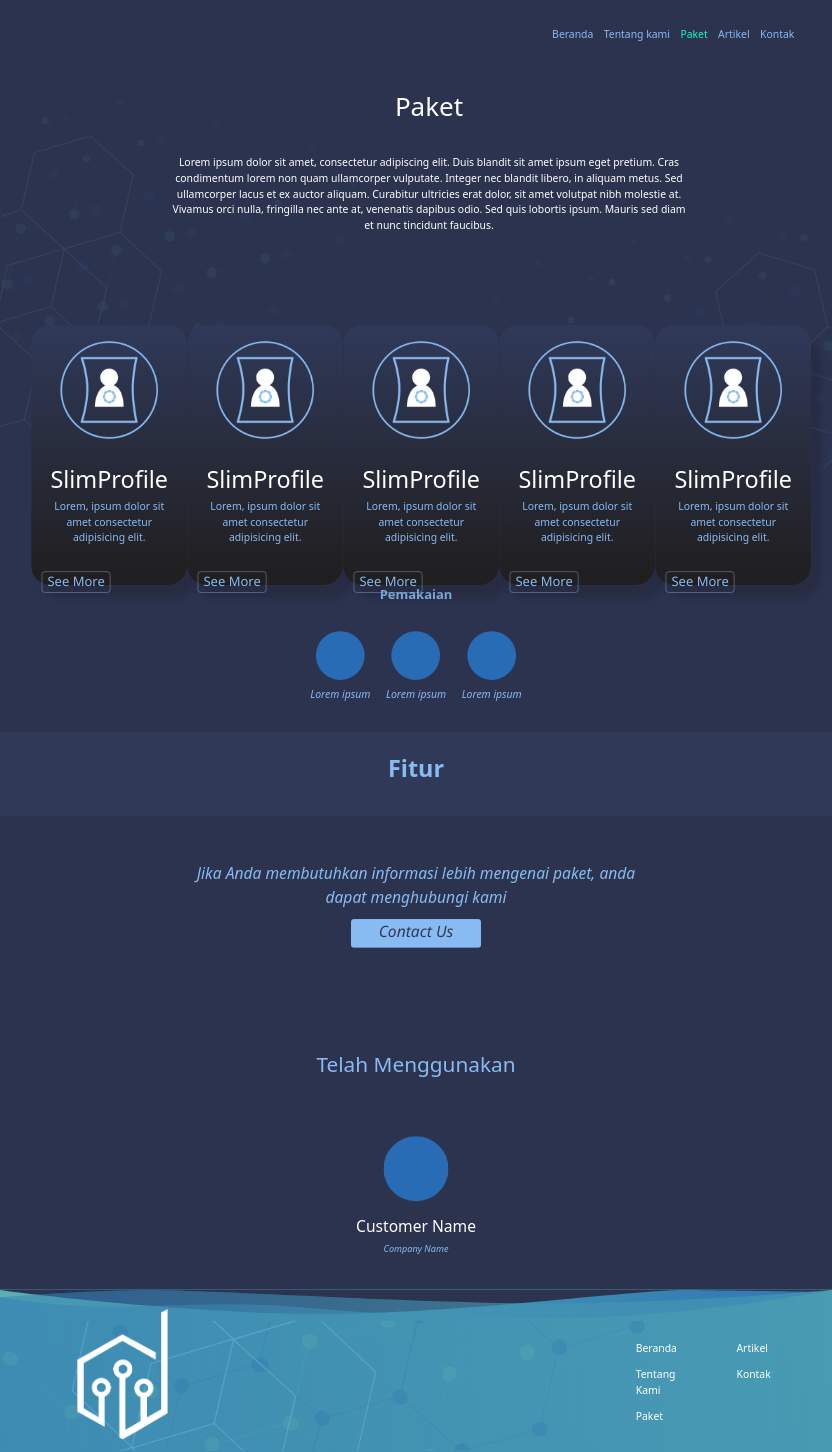
Repository: alfathard/dniztechno
Page: resources/views/productfront/show.blade.php
These files come from the project's save history. The page is drawn as it stood at one moment and after the next save; the edit follows.
The browser window is 1280 px wide. The pictures show the whole page, at 65% of full size.
Some web libraries are served in a nearby version. The page is served by the project's Laravel application, run on PHP 8.4 with Laravel 8. The template is opened directly, without the code that normally fills it, so the values that code supplies are empty.

Above is the page before, as saved 2025-03-22 08:52:26.
Console error: ReferenceError: $ is not defined

After the next save:
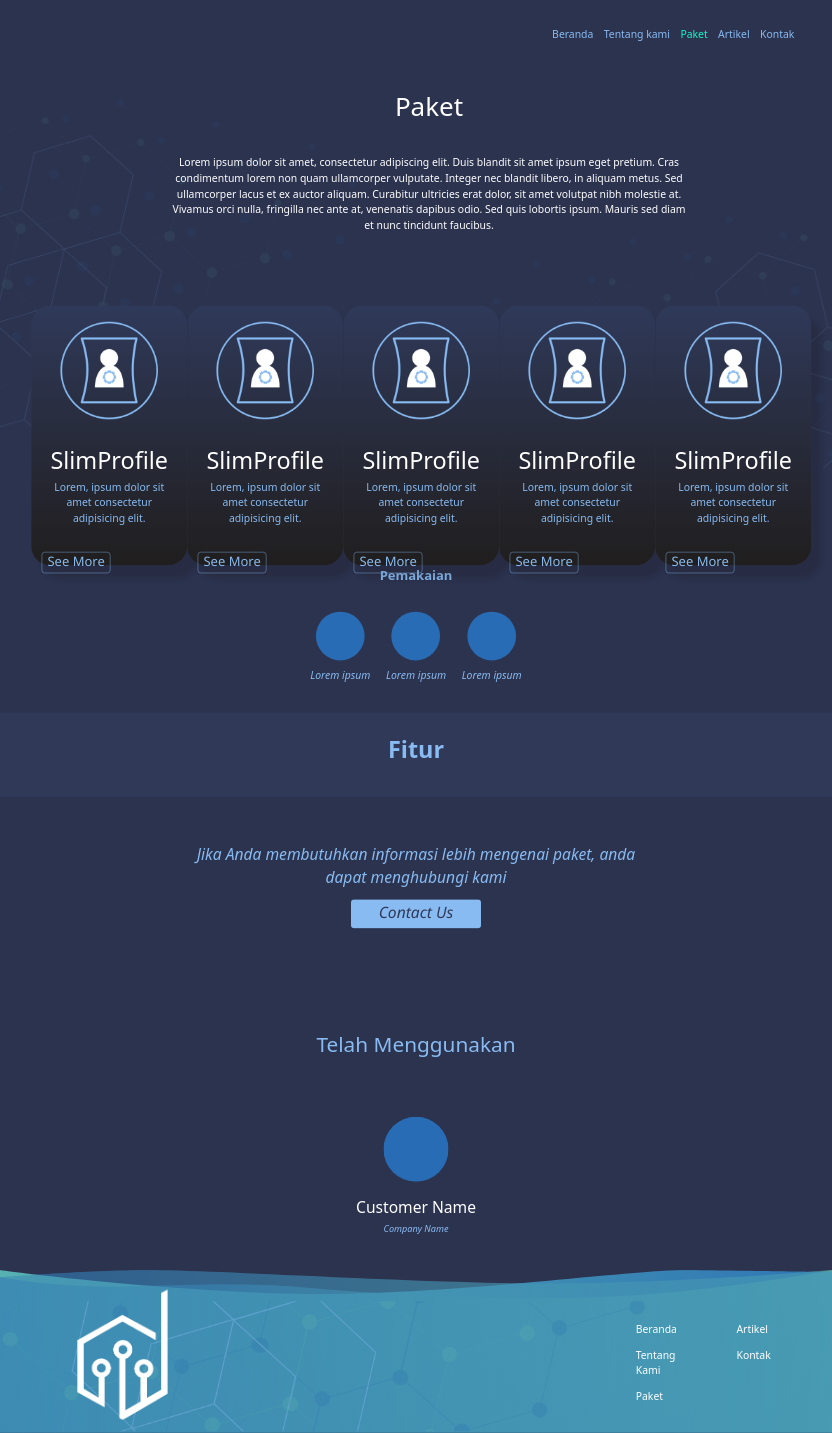
Saved 6 min 35 s later.
--- a/public/css/style.css
+++ b/public/css/style.css
@@ -958,7 +958,7 @@ a {
 .ss-product-card-zoom {
     height: auto;
     width: 240px;
-    padding-top: 30px;
+    padding-top: 30px 0;
 }
 /* [1] The container for product zoom & hover*/
 /* .ss-product-card-zoom {
